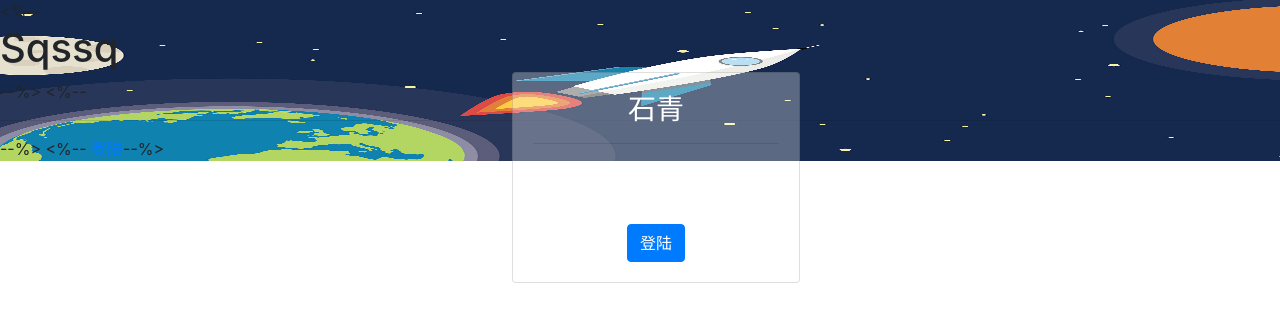
Repository: sqsssq/JavaWeb
Page: class1/IDEA/web/login.html
These files come from the project's save history. The page is drawn as it stood at one moment and after the next save; the edit follows.
The browser window is 1280 px wide. The pictures show the whole page.

Above is the page before, as saved 2020-09-23 19:41:45.

After the next save:
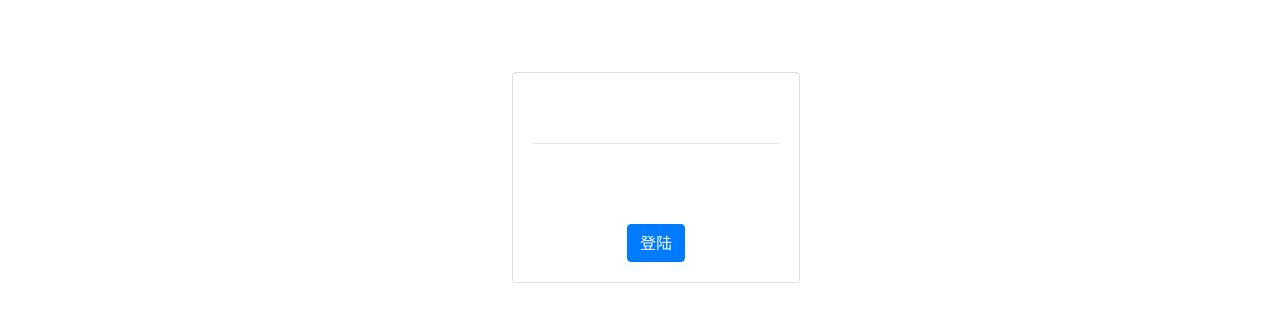
Saved 17 s later.
--- a/class1/IDEA/web/login.html
+++ b/class1/IDEA/web/login.html
@@ -1,7 +1,7 @@
 <!--
  * @Author: your name
  * @Date: 2020-09-23 09:38:36
- * @LastEditTime: 2020-09-23 19:41:44
+ * @LastEditTime: 2020-09-23 19:42:02
  * @LastEditors: Please set LastEditors
  * @Description: In User Settings Edit
  * @FilePath: \IDEA\web\login.html
@@ -33,9 +33,6 @@
 </head>
 
 <body>
-    <%--    <h1>Sqssq</h1>--%>
-    <%--    <hr>--%>
-    <%--    <a href="login.html">登陆</a>--%>
     <div class="container">
         <div class="card"
             style="width: 18rem; position:absolute; left: 40%; float: left; top: 10%; background: rgba(255, 255, 255, 0.3);">
